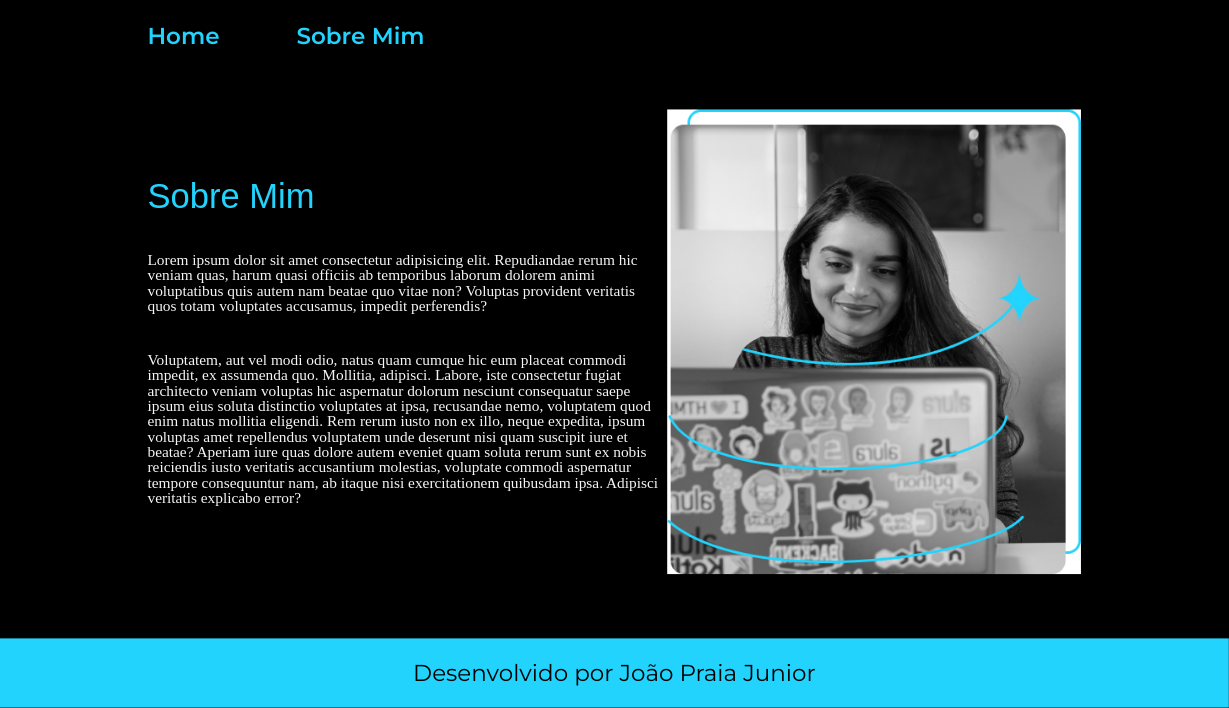
Repository: joaoPraiaJunior/html-basico
Page: about.html
These files come from the project's save history. The page is drawn as it stood at one moment and after the next save; the edit follows.
The browser window is 1280 px wide. The pictures show the whole page, at 96% of full size.
Some web fonts or font styles are not loaded; a fallback is used. Some web libraries are served in a nearby version.

Above is the page before, as saved 2024-06-06 21:42:06.

### about.html
<!DOCTYPE html>
<html lang="pt-BR" dir="ltr">
  <head>
    <meta charset="UTF-8" />
    <meta http-equiv="X-UA-Compatible" content="IE=edge" />
    <meta name="viewport" content="width=device-width, initial-scale=1.0" />
    <title>Sobre Mim</title>
    <link rel="stylesheet" href="css/reset.css" />
    <link rel="stylesheet" href="css/style.css" />
  </head>
  <body>
    <header class="cabecalho">
      <nav class="cabecalho__menu">
        <a class="cabecalho__link" href="index.html">Home</a>
        <a class="cabecalho__link" href="about.html">Sobre Mim</a>
      </nav>
    </header>

    <main class="apresentacao">
      <section class="apresentacao__conteudo">
        <h1 class="apresentacao__titulo">Sobre Mim</h1>
        <p>
          Lorem ipsum dolor sit amet consectetur adipisicing elit. Repudiandae
          rerum hic veniam quas, harum quasi officiis ab temporibus laborum
          dolorem animi voluptatibus quis autem nam beatae quo vitae non?
          Voluptas provident veritatis quos totam voluptates accusamus, impedit
          perferendis?
        </p>
        <p>
          Voluptatem, aut vel modi odio, natus quam cumque hic eum placeat
          commodi impedit, ex assumenda quo. Mollitia, adipisci. Labore, iste
          consectetur fugiat architecto veniam voluptas hic aspernatur dolorum
          nesciunt consequatur saepe ipsum eius soluta distinctio voluptates at
          ipsa, recusandae nemo, voluptatem quod enim natus mollitia eligendi.
          Rem rerum iusto non ex illo, neque expedita, ipsum voluptas amet
          repellendus voluptatem unde deserunt nisi quam suscipit iure et
          beatae? Aperiam iure quas dolore autem eveniet quam soluta rerum sunt
          ex nobis reiciendis iusto veritatis accusantium molestias, voluptate
          commodi aspernatur tempore consequuntur nam, ab itaque nisi
          exercitationem quibusdam ipsa. Adipisci veritatis explicabo error?
        </p>
      </section>
      <section class="apresentacao__imagem">
        <img src="images/Imagem.jpg" alt="foto da joana santos programando!" />
      </section>
    </main>

    <footer class="rodape"><p>Desenvolvido por João Praia Junior</p></footer>
  </body>
  <script
    src="https://kit.fontawesome.com/c4ee7a6e8c.js"
    crossorigin="anonymous"
  ></script>
</html>

### css/reset.css
/* http://meyerweb.com/eric/tools/css/reset/
   v2.0 | 20110126
   License: none (public domain)
*/

* {
    box-sizing: border-box;
}

html, body, div, span, applet, object, iframe,
h1, h2, h3, h4, h5, h6, p, blockquote, pre,
a, abbr, acronym, address, big, cite, code,
del, dfn, em, img, ins, kbd, q, s, samp,
small, strike, strong, sub, sup, tt, var,
b, u, i, center,
dl, dt, dd, ol, ul, li,
fieldset, form, label, legend,
table, caption, tbody, tfoot, thead, tr, th, td,
article, aside, canvas, details, embed,
figure, figcaption, footer, header, hgroup,
menu, nav, output, ruby, section, summary,
time, mark, audio, video {
	margin: 0;
	padding: 0;
	border: 0;
	font: inherit;
	vertical-align: baseline;
}
/* HTML5 display-role reset for older browsers */
article, aside, details, figcaption, figure,
footer, header, hgroup, menu, nav, section {
	display: block;
}
body {
	line-height: 1;
}
ol, ul {
	list-style: none;
}
blockquote, q {
	quotes: none;
}
blockquote:before, blockquote:after,
q:before, q:after {
	content: '';
	content: none;
}
table {
	border-collapse: collapse;
	border-spacing: 0;
}

### css/style.css
@import url('https://fonts.googleapis.com/css2?family=Krona+One&family=Montserrat:wght@400;600&display=swap');

html {
  font-size: 62.5%;
}

body {
  color: #f6f6f6;
  background-color: #000;
  font-size: 1.6rem;
}

.cabecalho {
  padding: 2% 0 0 12%;
}

.cabecalho__menu {
  display: flex;
  column-gap: 80px;
}

.cabecalho__link {
  font-family: 'Montserrat', sans-serif;
  font-size: 2.4rem;
  font-weight: 600;
  text-decoration: none;
  color:#22d4fd;
}

.apresentacao {
  padding: 5% 12%;
  display: flex;
  justify-content: space-between;
  align-items: center;
}

.apresentacao__conteudo {
  display:flex;
  flex-direction: column;
  width: 615px;
  gap: 40px;
}

.apresentacao__titulo {
  color: #22d4fd;
  font-family: 'Krona One', sans-serif;
  font-size: 3.6rem;
}

.apresentacao__subtitulo{
  font-family: 'Krona One', sans-serif;
  font-size: 2.4rem;
  font-weight: 400;
}

.apresentacao__texto {
  font-family: 'Montserrat', sans-serif;
  font-size: 2.4rem;
}

.apresentacao__links {
  display: flex;
  flex-direction: column;
  justify-content: space-between;
  align-items: center;
  row-gap: 32px;
}

.apresentacao__link {
  display:flex;
  justify-content: center;
  column-gap: 8px;
  color: #000;
  background-color: #22d4fd;
  font-family: 'Montserrat', sans-serif;
  font-size: 2.4rem;
  font-weight: 600;
  padding: 21.5px 0;
  width: 378px;
  border-radius: 8px;
  text-align: center;
  text-decoration: none;
}

.apresentacao__link--transparente {
  color: #f6f6f6;
  background-color: transparent;
  border: 2px solid #22d4fd;
  transition: all .5s ease-in-out;
}

.apresentacao__link--transparente:hover {
  background-color: #272727;
}

.apresentacao__link--transparente .fa-brands {
  transition: color .5s ease-in-out;
}

.apresentacao__link--transparente:hover .fa-brands {
  color: #22d4fd;
}

.apresentacao__imagem img {
  max-width: 100%;
}

.rodape {
  font-family: 'Montserrat', sans-serif;
  font-size: 2.4rem;
  font-weight: 400;
  color: #000;
  background-color: #22d4fd;
  padding: 24px;
  text-align: center;
}

After the next save:
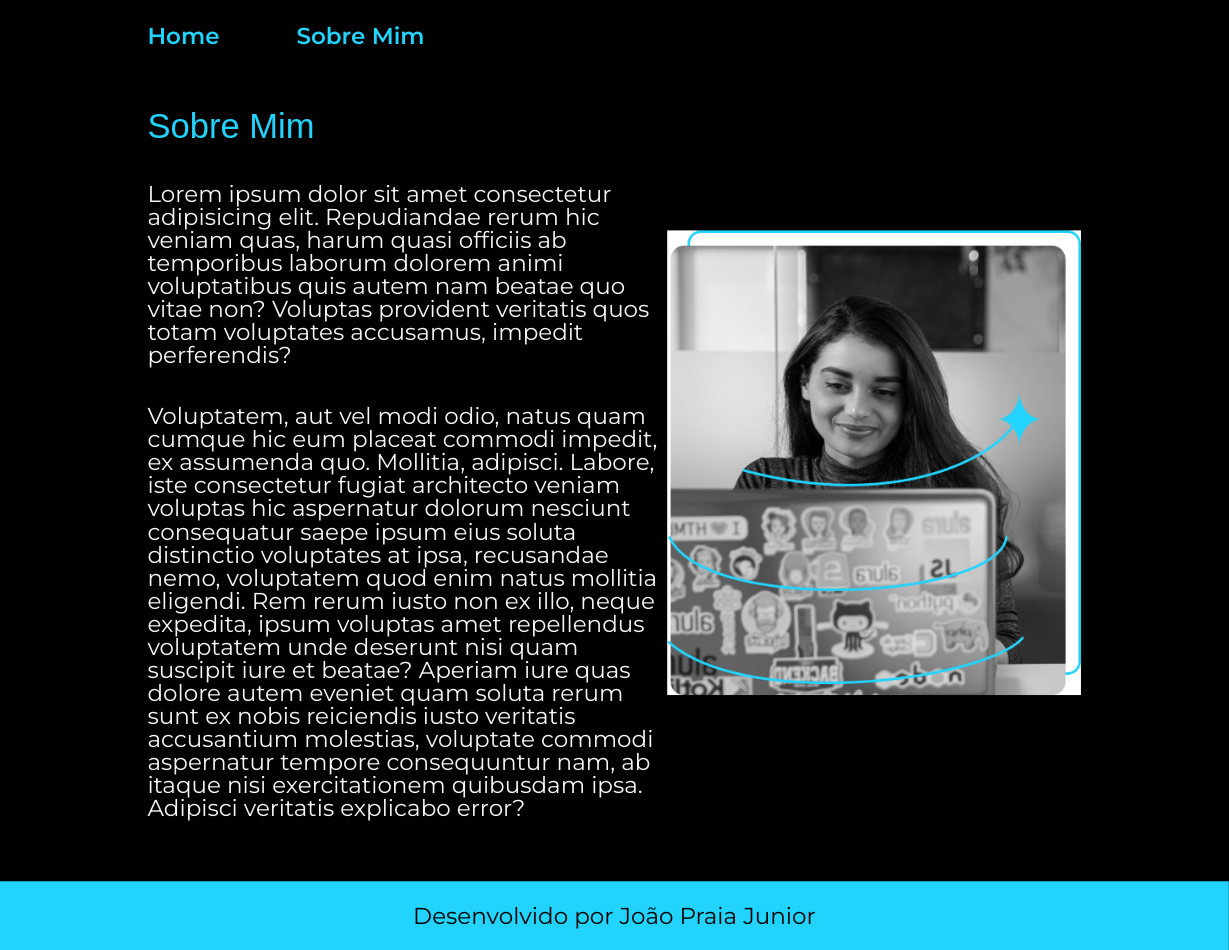
Saved 72 s later.
--- a/about.html
+++ b/about.html
@@ -19,14 +19,14 @@
     <main class="apresentacao">
       <section class="apresentacao__conteudo">
         <h1 class="apresentacao__titulo">Sobre Mim</h1>
-        <p>
+        <p class="apresentacao__texto">
           Lorem ipsum dolor sit amet consectetur adipisicing elit. Repudiandae
           rerum hic veniam quas, harum quasi officiis ab temporibus laborum
           dolorem animi voluptatibus quis autem nam beatae quo vitae non?
           Voluptas provident veritatis quos totam voluptates accusamus, impedit
           perferendis?
         </p>
-        <p>
+        <p class="apresentacao__texto">
           Voluptatem, aut vel modi odio, natus quam cumque hic eum placeat
           commodi impedit, ex assumenda quo. Mollitia, adipisci. Labore, iste
           consectetur fugiat architecto veniam voluptas hic aspernatur dolorum
